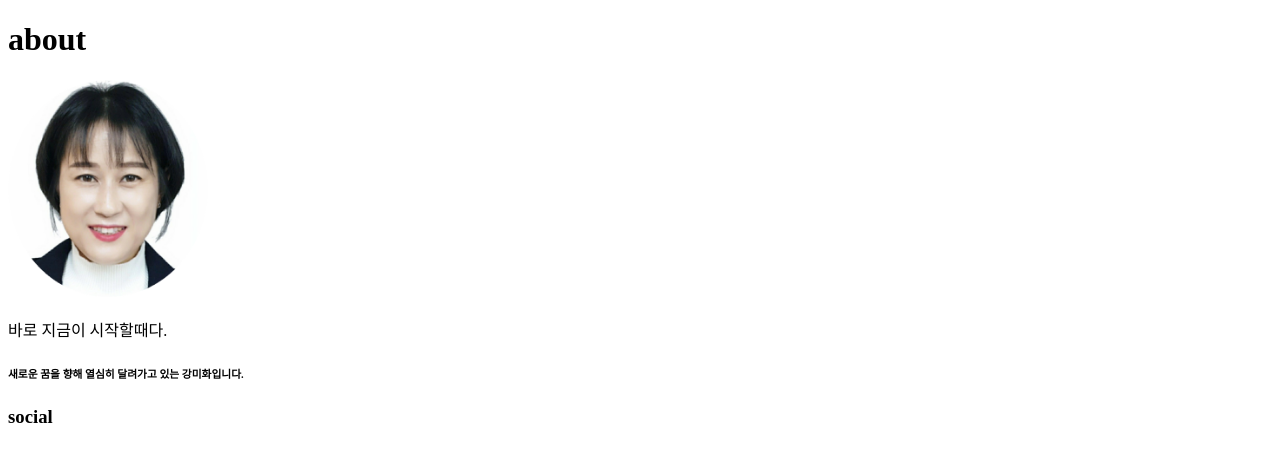
Repository: kmh9964/view
Page: workspace/studyhtml5/src/htmltags03.html
The author's editor kept a copy of each file at every save. The page is drawn from the files as they stood at one save, then again after the next save.
The browser window is 1280 px wide. The pictures show the whole page.

Above is the page before, as saved 2022-12-14 06:44:01.

After the next save:
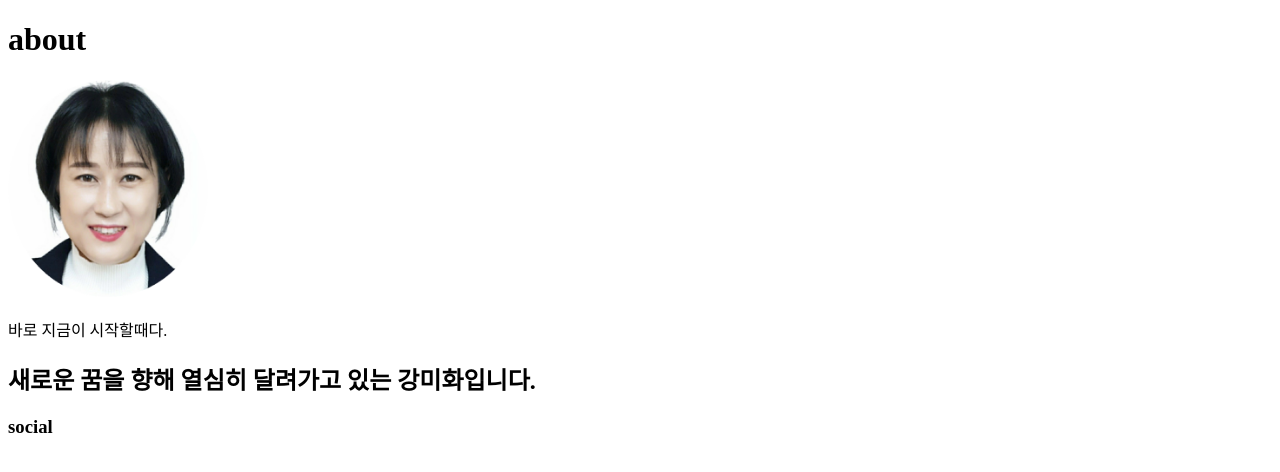
Saved 23 s later.
--- a/workspace/studyhtml5/src/htmltags03.html
+++ b/workspace/studyhtml5/src/htmltags03.html
@@ -10,7 +10,7 @@
 	<h1>about</h1>
  	<img src="images/photo.png" alt="지원자 강미화" width="200">
  	<p>바로 지금이 시작할때다. </p>
- 	<h6>새로운 꿈을 향해 열심히 달려가고 있는 강미화입니다. </h6>
+ 	<h2>새로운 꿈을 향해 열심히 달려가고 있는 강미화입니다. </h2>
  	<h3>social</h3>
 </body>
 </html>
